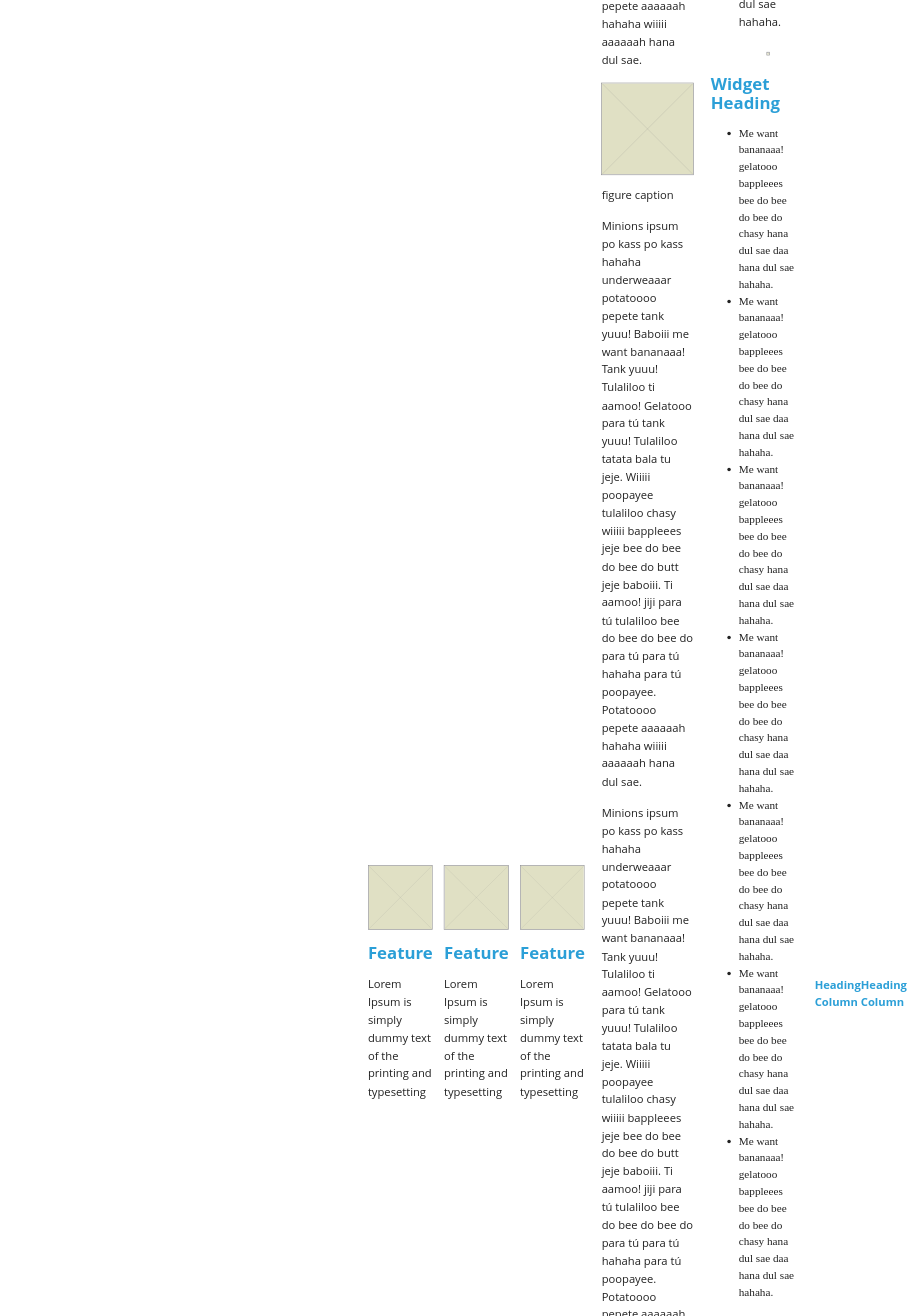
Repository: AdrianTejada/Lab03-Project-1
Page: index.html
An editor plug-in stored every save of this project. The page is shown before and after the next save, followed by the edit.
The browser window is 1280 px wide. The page is 1296 px wide, so the pictures cover 1296 px, including what lies to the right of the window. The pictures show the part of the page from y = 1903 to 3783 px (the page is 6551 px tall before and 6548 px after), at 70% of full size.

Above is the page before, as saved 2021-01-26 19:04:14.

After the next save:
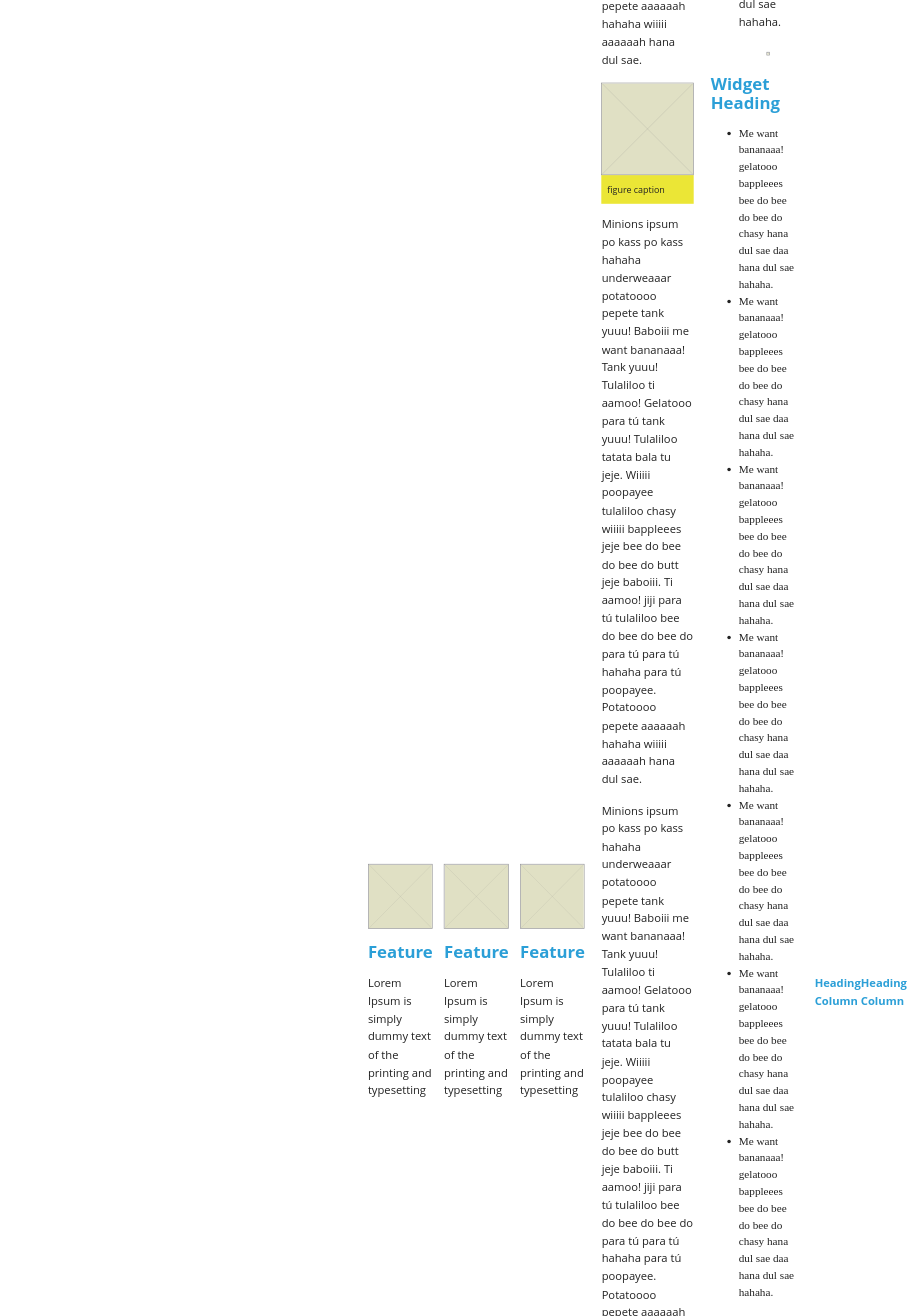
Saved 113 s later.
--- a/css/main.css
+++ b/css/main.css
@@ -181,6 +181,16 @@
     margin: 0;
 }
 
+figcaption {
+    padding: 0.5rem;
+    background: #ebe636;
+}
+
+figcaption p {
+    margin: 0;
+    font-size: 0.8rem;
+}
+
 /* ==========================================================================
    3. MODULES
    ========================================================================== */
